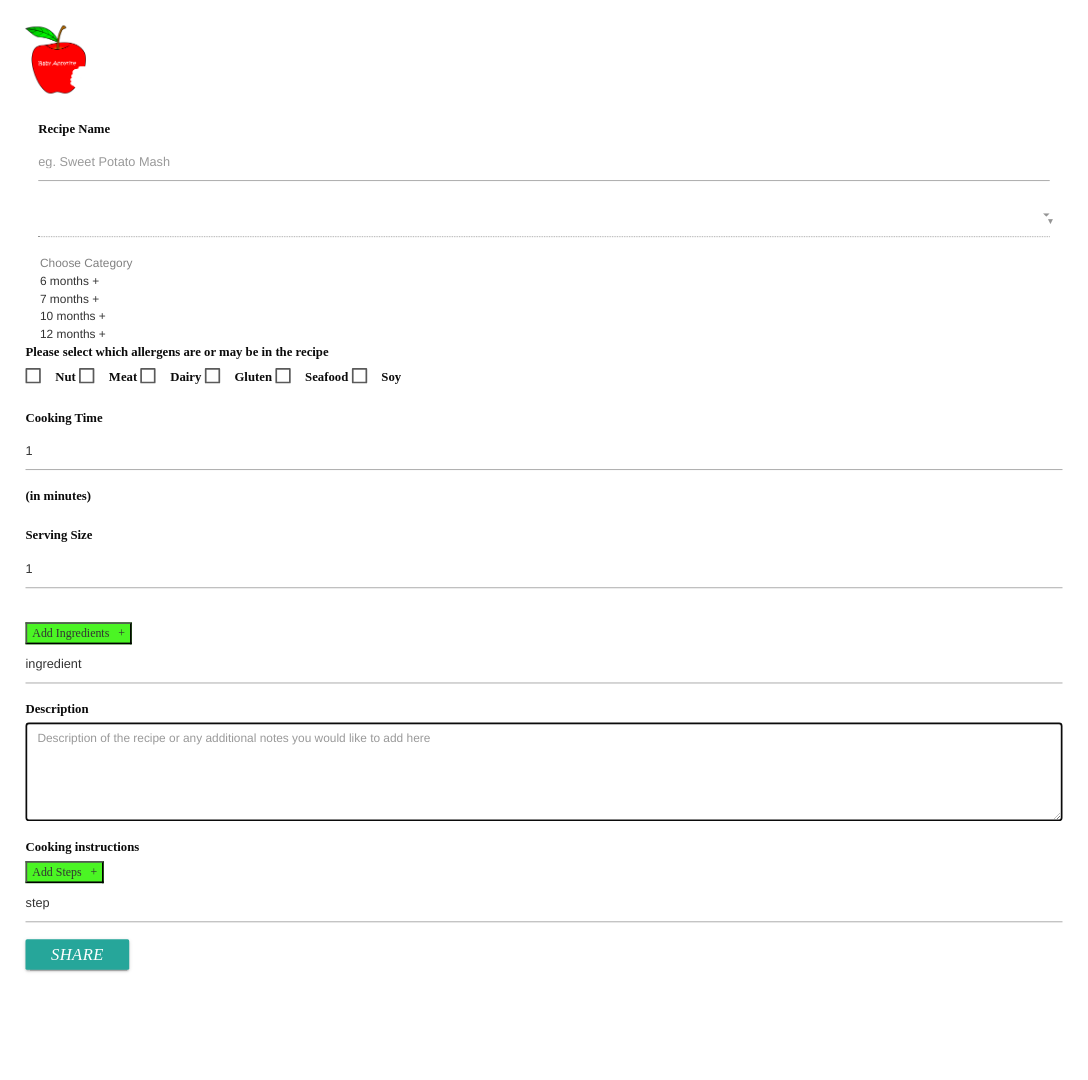
Repository: blueag8/babyappytite
Page: templates/testform.html
The author's editor kept a record of every edit. The page is drawn from the files as they stood at one moment, then again after the next edit.
The browser window is 1280 px wide. The pictures show the whole page, at 85% of full size.
Some web fonts or font styles are not loaded; a fallback is used. Some web libraries are served in a nearby version. The page is served by the project's application, run on Flask 3 (app.py). The template is opened directly, without the code that normally fills it, so the values that code supplies are empty.

Above is the page before.
Console error: ReferenceError: mongo is not defined

After the next edit:
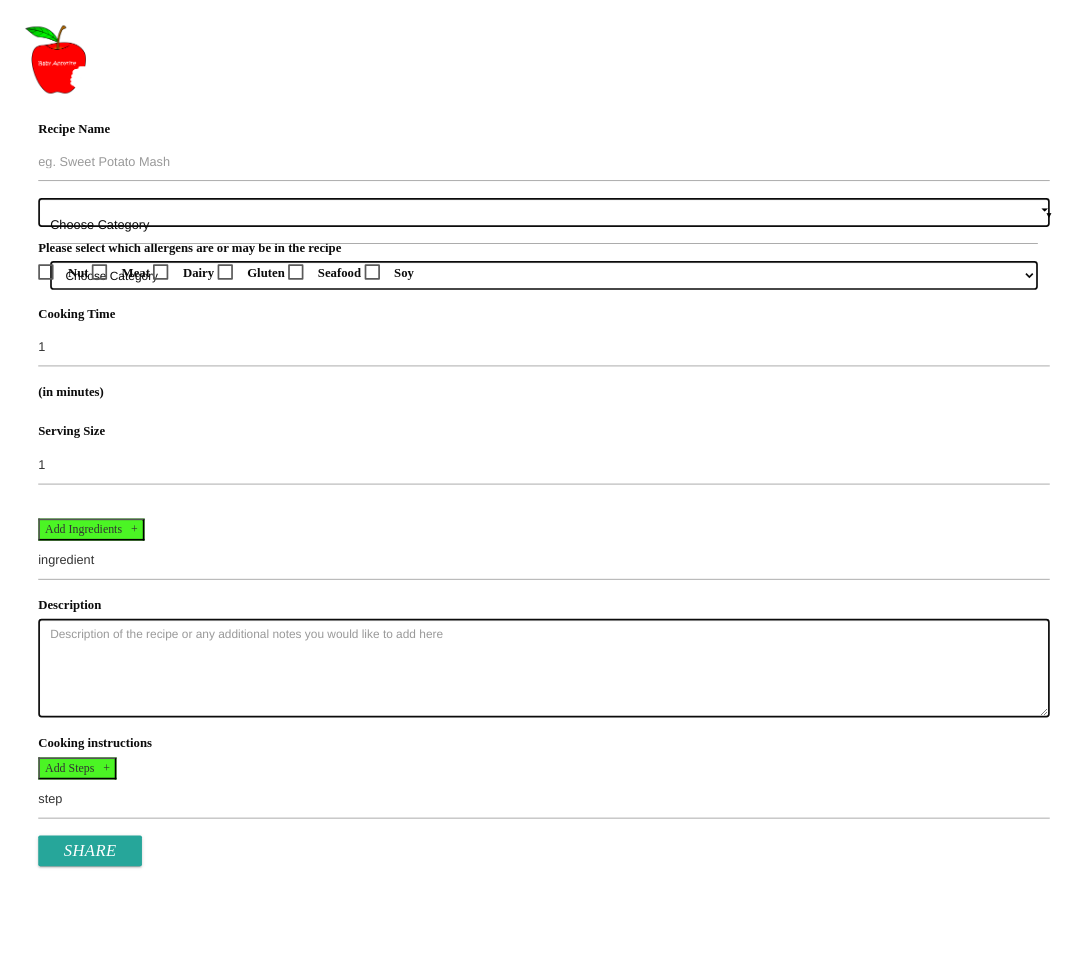
The edit:
--- a/templates/testform.html
+++ b/templates/testform.html
@@ -6,9 +6,9 @@
     <input type="text" class="form-control" id="recipe_name" name="recipe_name" placeholder="eg. Sweet Potato Mash">
   </div>
 
+<div class="form-group">
 <div class="input-field">
-    <select disabled>
-    <label for="category_age">Select which age group this is suitable for</label>
+<label for="category_age">Select which age group this is suitable for</label>
     <select class="form-control" id="category_age" name="category_age">
       <option value="" disabled selected>Choose Category</option>
       <option value="1">6 months +</option>
